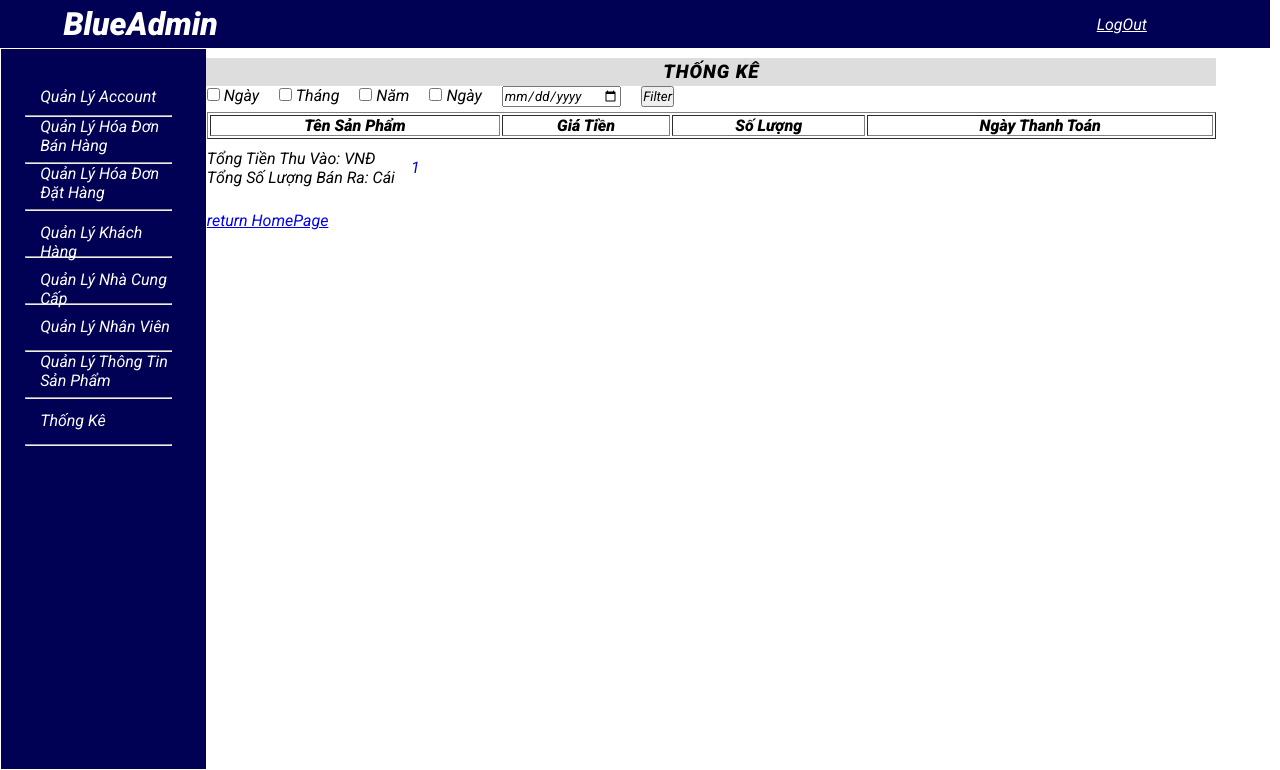
Repository: ngan429/WebsiteLaptop
Page: http://localhost/WebsiteLapTop/viewsnhanvien/ThongKeDB.jsp
The author's editor kept a copy of each file at every save. The page is drawn from the files as they stood at one save, then again after the next save.
The browser window is 1280 px wide. The pictures show the whole page.
Some web libraries are served in a nearby version. The page is served by Tomcat 9. The template is opened directly, without the code that normally fills it, so the values that code supplies are empty.

Above is the page before, as saved 2021-12-02 15:56:03.
Console error: SyntaxError: Invalid or unexpected token
Not found: DoAnLapTop/WebsiteLapTop/WebsiteLapTop/css/

After the next save:
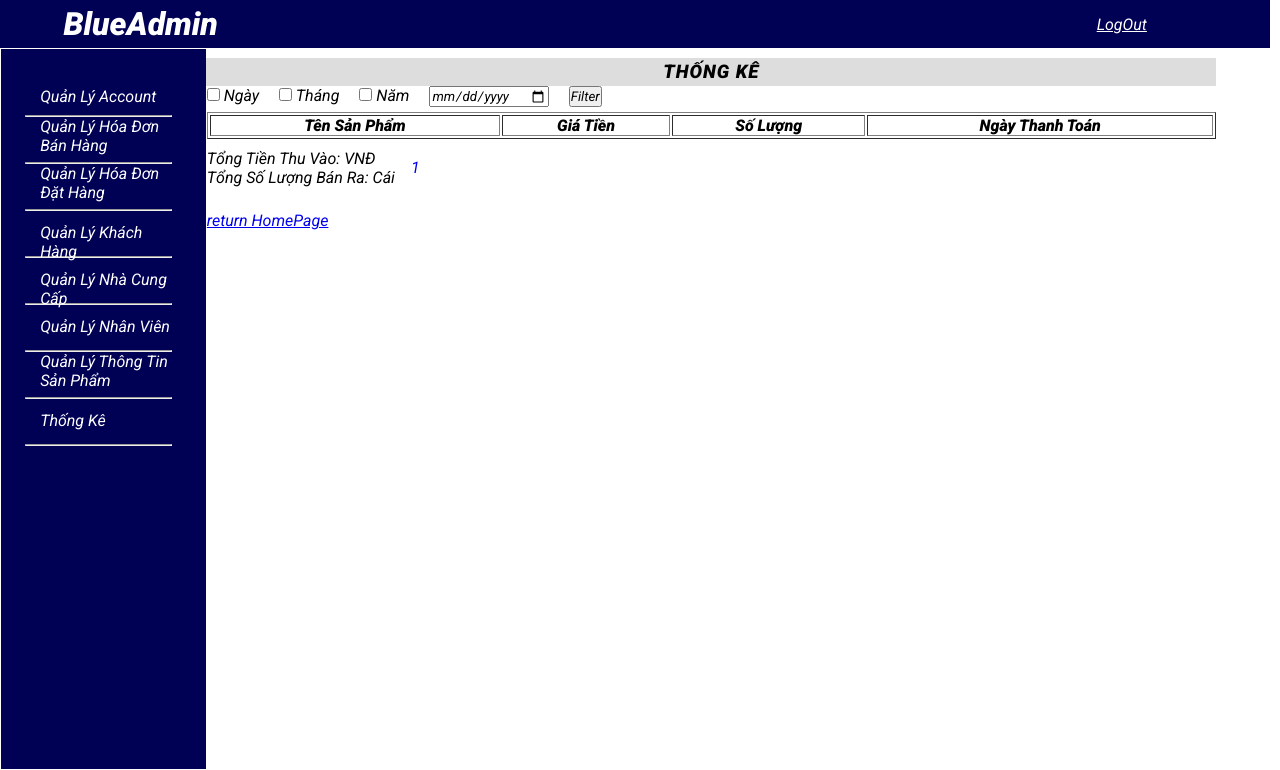
Saved 24 s later.
--- a/DoAnLapTop/WebsiteLapTop/WebContent/viewsnhanvien/ThongKeDB.jsp
+++ b/DoAnLapTop/WebsiteLapTop/WebContent/viewsnhanvien/ThongKeDB.jsp
@@ -113,10 +113,7 @@
 						<input type="checkbox" id="namcheck" name="namcheck" value="3"> <label
 							for="namcheck">Năm</label>
 					</div>
-					<div class="filter">
-						<input type="checkbox" id="ngaycheck" name="ngaycheck" value="1">
-						<label for="ngaycheck">Ngày</label>
-					</div>
+
 					<div class="filter">
 						<input type="date" id="ngaythangnam" name="ngaythangnam"> <label
 							for="ngaythangnam"></label>
